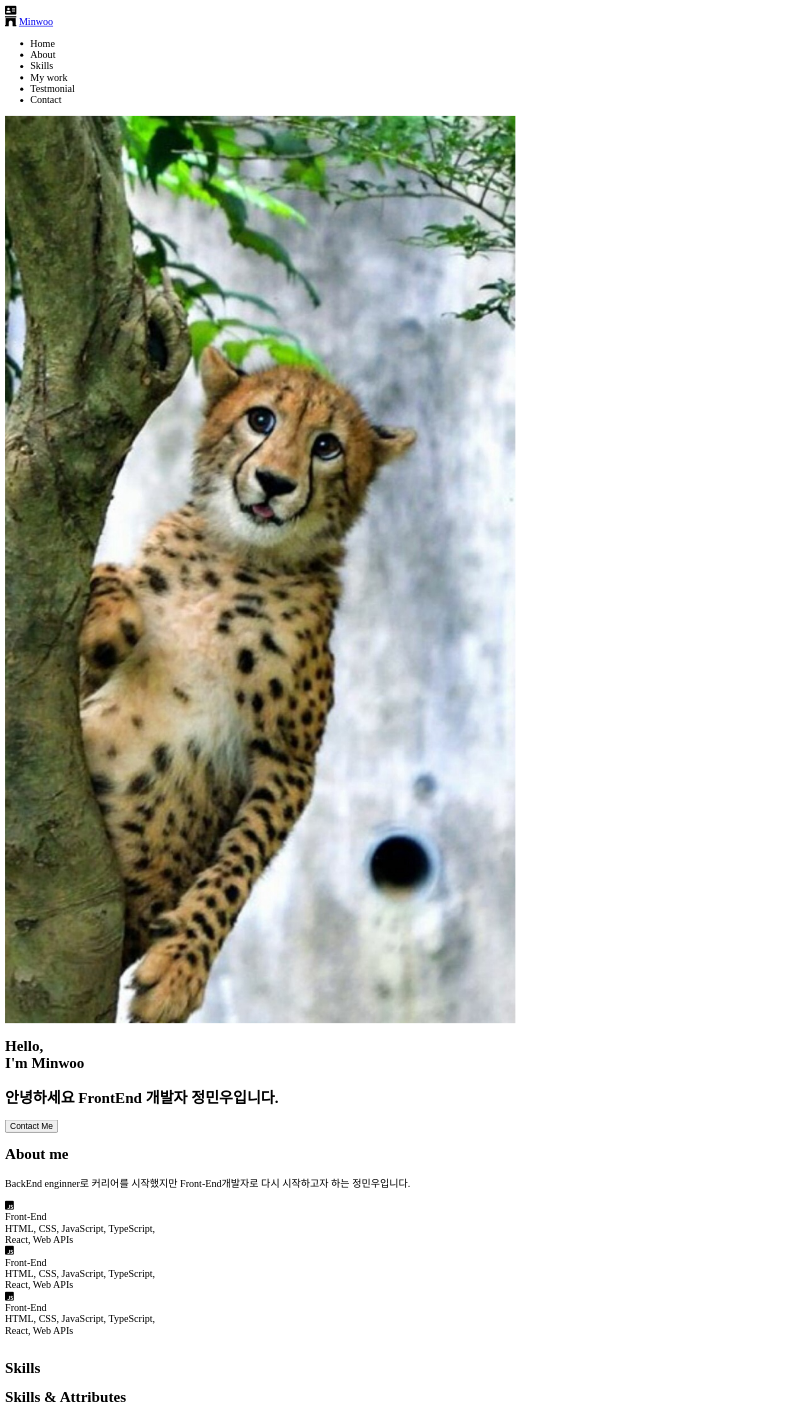
Repository: DevMinwoo-Jung/Portfolio
Page: index.html
The author's editor kept a copy of each file at every save. The page is drawn from the files as they stood at one save, then again after the next save.
The browser window is 1280 px wide. The pictures show the whole page, at 63% of full size.
Some web libraries are served in a nearby version.

Above is the page before, as saved 2021-03-22 13:40:49.

After the next save:
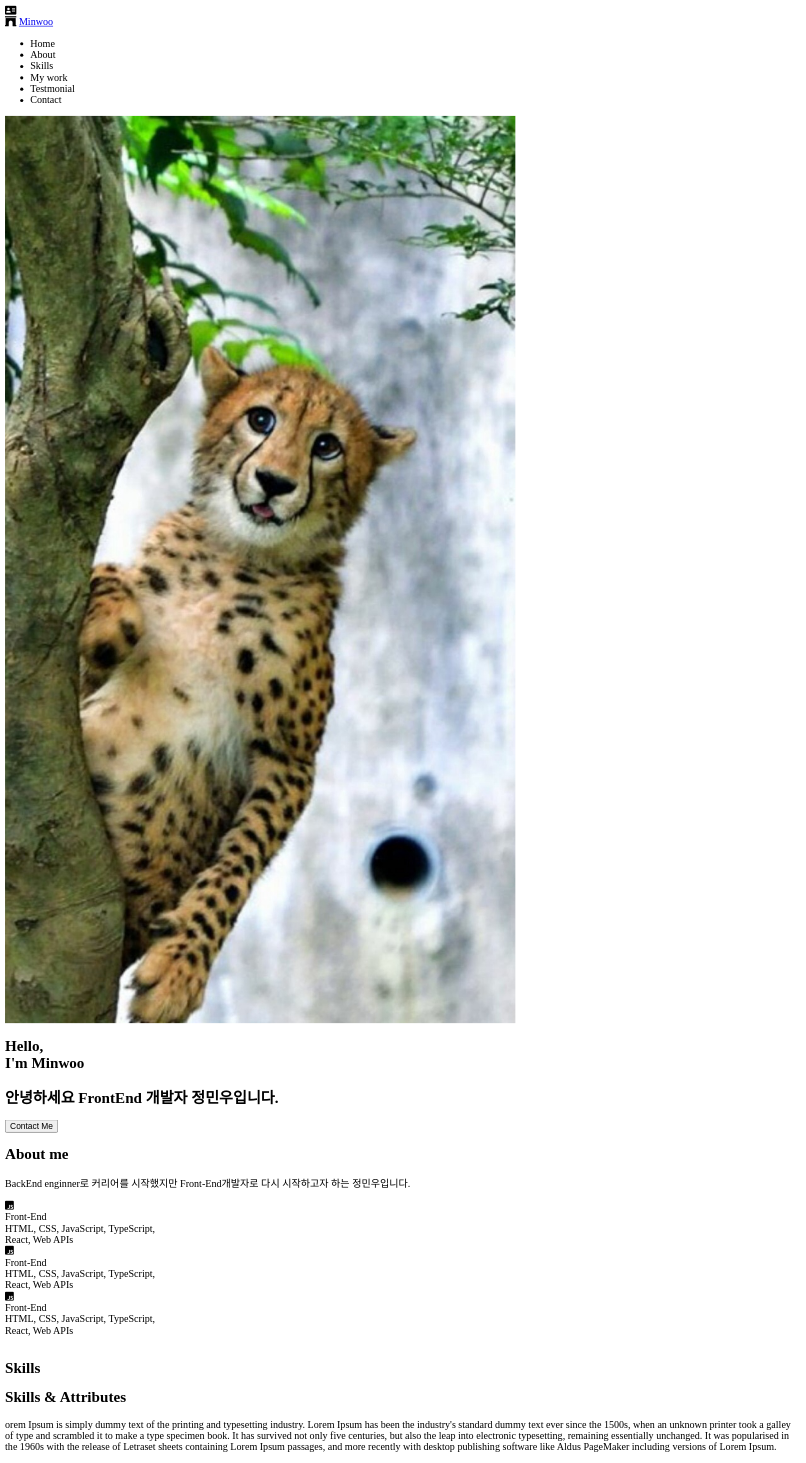
Saved 25 s later.
--- a/index.html
+++ b/index.html
@@ -93,7 +93,7 @@
     <h1>Skills</h1>
     <h2>Skills & Attributes</h2>
     <p>
-
+      orem Ipsum is simply dummy text of the printing and typesetting industry. Lorem Ipsum has been the industry's standard dummy text ever since the 1500s, when an unknown printer took a galley of type and scrambled it to make a type specimen book. It has survived not only five centuries, but also the leap into electronic typesetting, remaining essentially unchanged. It was popularised in the 1960s with the release of Letraset sheets containing Lorem Ipsum passages, and more recently with desktop publishing software like Aldus PageMaker including versions of Lorem Ipsum.
     </p>
   </section>
   <!-- Work -->
